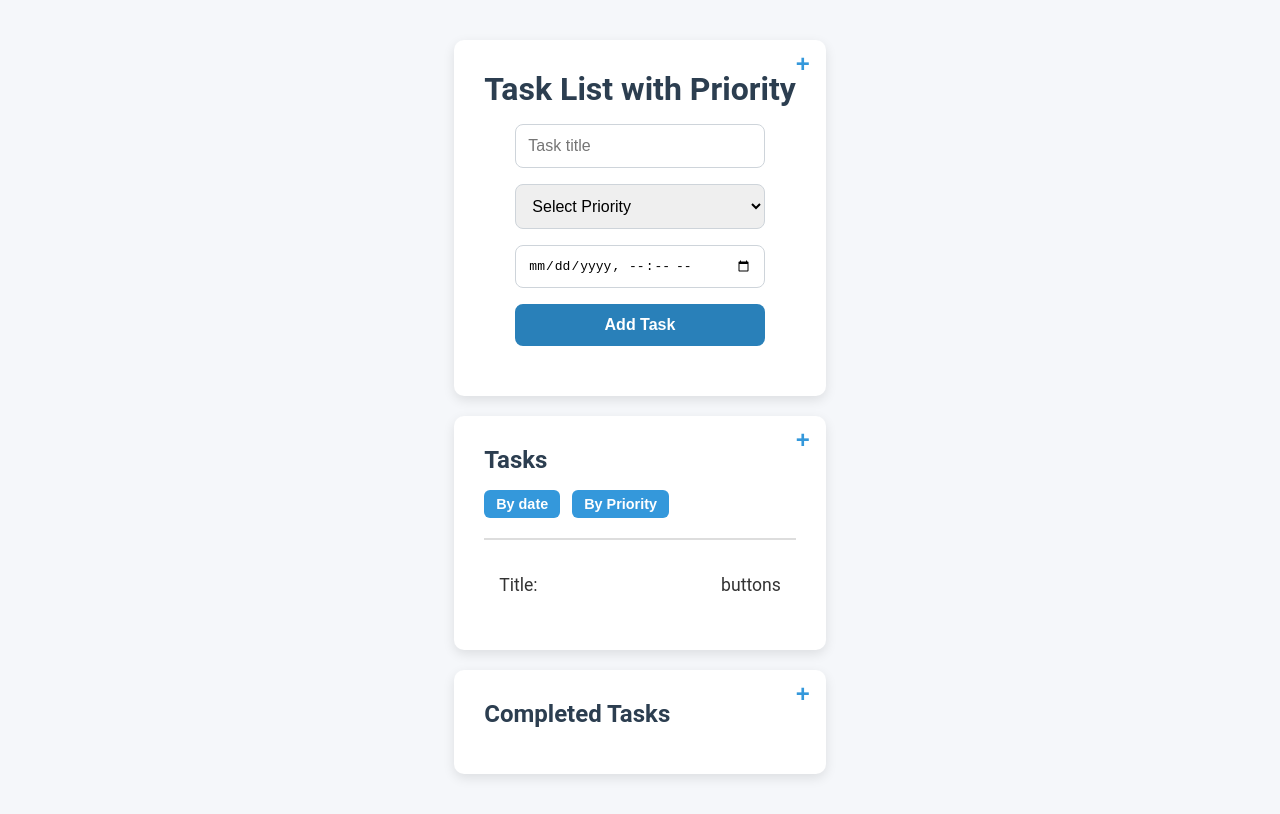
Repository: Lithium87/TaskList
Page: /
These files come from the project's save history. The page is drawn as it stood at one moment and after the next save; the edit follows.
The browser window is 1280 px wide. The pictures show the whole page.
The project was rebuilt for these pictures with package versions that can differ from the ones it lists, and the page was loaded fresh each time. Also part of the build but not shown: vite.config.js.

Above is the page before, as saved 2025-07-08 16:38:28.

After the next save:
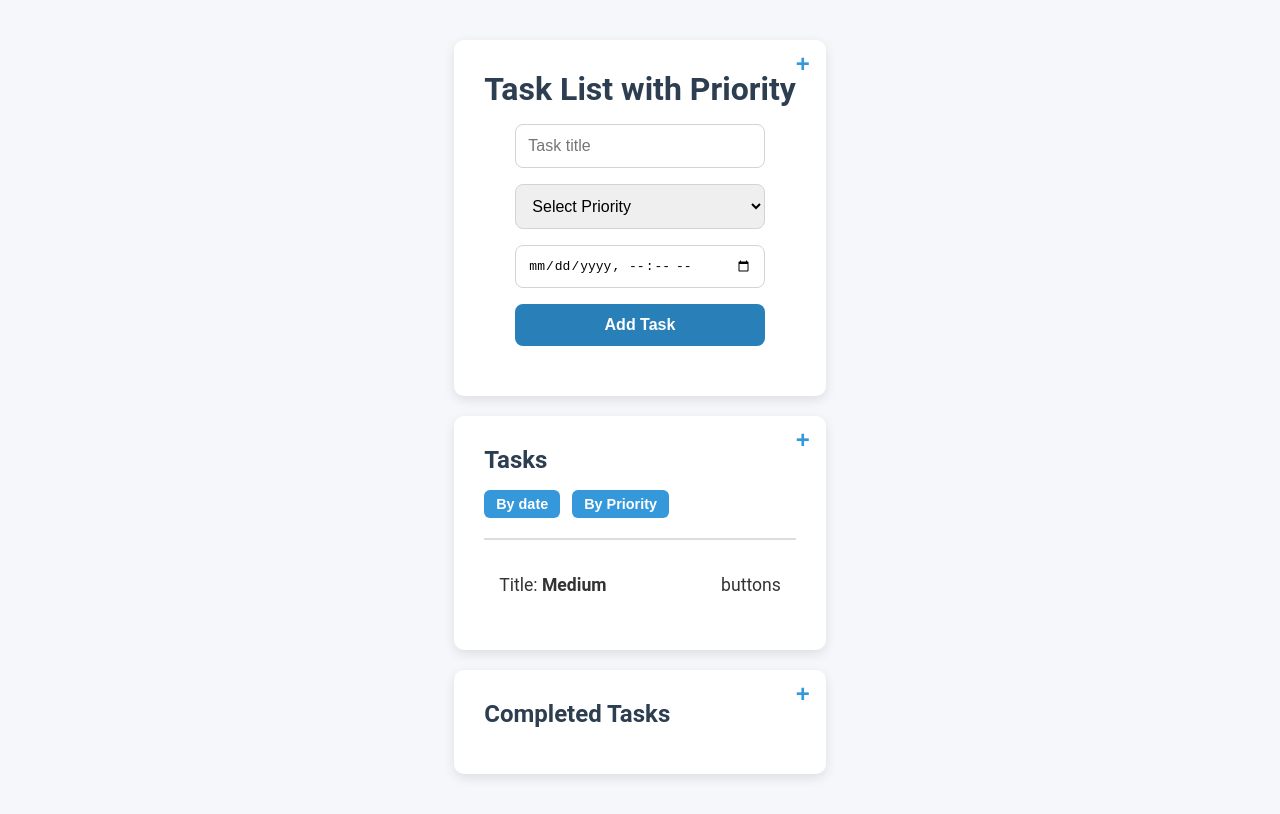
Saved 39 s later.
--- a/src/App.jsx
+++ b/src/App.jsx
@@ -54,7 +54,7 @@ const TaskItem = ({title, priority, dueDate}) => {
     <li className="task-item">
       <div className="task-info">
         <div>
-          Title: <strong />
+          Title: <strong>Medium</strong>
         </div>
       </div>
       <div className="task-buttons">buttons</div>
